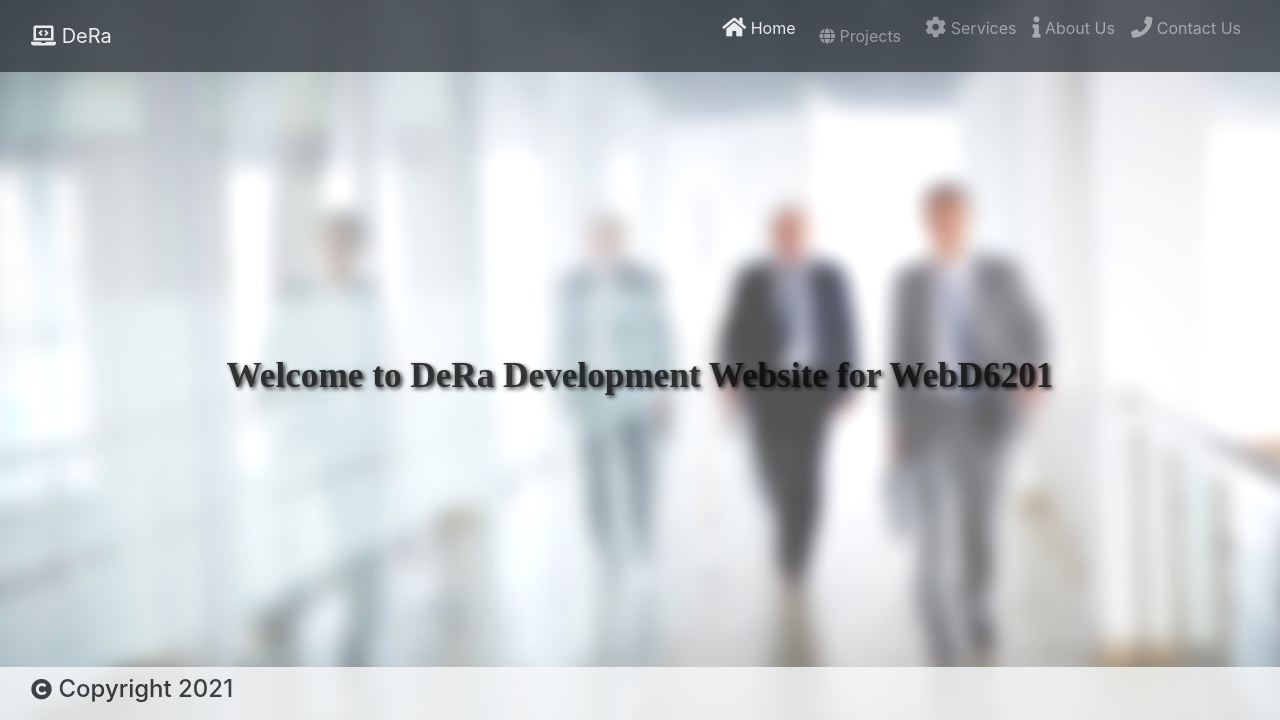
Repository: deividwsantoss/web6201-Lab1
Page: index.html
These files come from the project's save history. The page is drawn as it stood at one moment and after the next save; the edit follows.
The browser window is 1280 px wide. The pictures show the whole page.

Above is the page before, as saved 2021-02-03 10:51:32.

### index.html
<!DOCTYPE html>
<html lang="en">
<head>
    <meta charset="UTF-8">
    <meta name="viewport" content="width=device-width, initial-scale=1.0">
    <title>Home</title>
</head>
<!-- CSS SECTION-->
<link rel="stylesheet" href="./node_modules/bootstrap/dist/css/bootstrap.min.css">
<link rel="stylesheet" href="./node_modules/@fortawesome/fontawesome-free/css/all.min.css">
<link rel="stylesheet" href="./Content/app.css">

<body class="bg">
    <!-- Main Header-->
    <header>
        <!-- Main Navegation-->
        <nav class="navbar navbar-expand-lg navbar-dark bg-dark">
            <div class="container-fluid">
              <a class="navbar-brand" href="Index.html"><i class="fas fa-laptop-code"></i> DeRa</a>
              <button class="navbar-toggler" type="button" data-bs-toggle="collapse" data-bs-target="#navbarSupportedContent" aria-controls="navbarSupportedContent" aria-expanded="false" aria-label="Toggle navigation">
                <span class="navbar-toggler-icon"></span>
              </button>
              <div class="collapse navbar-collapse" id="navbarSupportedContent">
                <ul class="navbar-nav ml-auto mb-2 mb-lg-0">
                  <li class="nav-item">
                    <a class="nav-link active" aria-current="page" href="Index.html"><i class="fas fa-home fa-lg"></i> Home</a>
                  </li>
                  <li class="nav-item">
                    <a id="prod" class="nav-link" aria-current="page" href="products.html"><i class="fas fa-globe" name="prod"></i> Products</a>
                  </li>
                  <li class="nav-item">
                    <a class="nav-link" aria-current="page" href="services.html"><i class="fas fa-cog fa-lg"></i> Services</a>
                  </li>
                  <li class="nav-item">
                    <a class="nav-link" aria-current="page" href="about.html"><i class="fas fa-info fa-lg"></i> About Us</a>
                  </li>
                  <li class="nav-item">
                    <a class="nav-link" aria-current="page" href="contact.html"><i class="fas fa-phone fa-lg"></i> Contact Us</a>
                  </li>

                </ul>

              </div>
            </div>
          </nav>

    </header>

    <!-- Main Content-->
        <main class="container">
          <div class="text-md-center">

              <p id="paragraphOne"> </p>

          </div>
        </main>
        <!-- Main Footer-->
        <footer>
          <nav class="navbar fixed-bottom navbar-light bg-light">
              <div class="container-fluid ">
                  <h4><i class="fas fa-copyright fa-sm"></i> Copyright 2021 </h4>
              </div>
            </nav>

      </footer>
    <!--- Script Section-->
    <script src="./node_modules/jquery/dist/jquery.min.js"></script>
    <script src="./node_modules/bootstrap/dist/js/bootstrap.bundle.min.js"></script>
        <script src="./Scripts/app.js"></script>
</body>

</html>

### Content/app.css
/* Custom CSS goes here */
body,html{
    height: 100%;
    margin: 0;
}
.bg{
    background-image: url("Background-White.jpg");
    background-repeat: no-repeat;
    background-size: cover;
    background-position: center;
    opacity: 0.8;
}

.contactimage{
    background-image:url("contactimg.jpg");
    background-repeat: no-repeat;
    background-size: cover;
    background-position: center;
    opacity: 0.8;
}
.productsbg {
    background-image:url("productsbg.jpg");
    background-repeat: no-repeat;
    background-size: cover;
    background-position: center;
    opacity: 0.8;
}

.servicesbackgroud{
    background-image:url("services.jpg");
    background-repeat: repeat;
    background-size: cover;
    background-position: center;
    opacity: 0.8;
    height: 1000px;
}
.aboutus{
    background-image:url("bgimage.jpg");
    background-repeat: no-repeat;
    background-size: cover;
    background-position: center;
    opacity: 0.8;
}

#paragraphOne {
    color: black;
    font-size: 220%;
    margin-top: 25%;
    text-shadow: 2px 2px 4px #000;
    font-family: cursive;
    font-weight: bold;

}
h1{
    margin-top: 10;
}

#custompg{
    width: 400px;

}

### Scripts/app.js
/* Custom JavaScript goes here */


"use strict";

(function(){

    function Projects(){
        let productsElement = document.getElementById("prod");
        let prod = `<a id="prod" class="nav-link" aria-current="page" href="products.html"><i class="fas fa-globe" name="prod"></i> Projects</a>`;

        productsElement.innerHTML = prod;

    }
    function displayHome(){
        let paragraphOneText = "Welcome to DeRa Development Website for WebD6201";
        let paragraphOneElement = document.getElementById("paragraphOne");

        paragraphOneElement.textContent = paragraphOneText;
        paragraphOneElement.className = "fs-6 ";
    }
    function displayAbout(){

    }
    function displayProducts(){

    }
    function displayServices(){

        //intro text
        let servicesIntroText = "DeRa Development can provide you the best customized solution for you";
        let servicesIntroElement = document.getElementById("serviceIntro");
        servicesIntroElement.textContent = servicesIntroText;

        // custom dev text
        let customParagraphText = "DeRa Development have been delivering successful custom programs to our clients since the date we were born. \nSince DeRa was born we have seen a rapid change in website technology which we were always able to adapt";
        let customParagraphElement = document.getElementById("customParagraph");

        customParagraphElement.textContent = customParagraphText;

        //mobile text
        mobileParagraphText = "We have the knowledge and skills to provide you the best quality solution for any kind of device. \nMobile development is one of our strengths."
        mobileParagraphElement = document.getElementById("mobileParagraph");

        mobileParagraphElement.textContent = mobileParagraphText;

        //design paragraph
        let webDesignParagraphText = "Our Web Design is awesome";
        let webDesignParagraphElement = document.getElementById("weDesignParagraph");
        webDesignParagraphElement.textContent = webDesignParagraphText;
    }
    function displayContact(){

        let messageArea = document.getElementById("messageArea");
        messageArea.hidden = true;

        //Form Validation...

        let fullName = document.getElementById("fullName");
        fullName.addEventListener("blur", function(){
            if(fullName.value.length < 2){
                fullName.focus;
                fullName.select();
                messageArea.hidden = false;
                messageArea.className = "alert alert-danger";
                messageArea.textContent = "Please, Enter an appropriate name."
            }
            else{
                messageArea.removeAttribute("Class");
                messageArea.hidden = true;
            }
        });

        //validating number
        let contactNumber = document.getElementById("contactNumber");
        contactNumber.addEventListener("blur", function(){

            if(contactNumber.value.length < 10 || contactNumber.value.length > 10 )
            {
                contactNumber.focus;
                contactNumber.select();
                messageArea.hidden = false;
                messageArea.className = "alert alert-danger";
                messageArea.textContent = "Please, Insert a valid Number";
            }
            else {
                messageArea.removeAttribute("Class");
                messageArea.hidden = true;
            }

        });

        // Validating short text
        let shortMessage = document.getElementById("shortMessage");
        shortMessage.addEventListener("blur", function(){

            if(shortMessage.value.length > 50){
                shortMessage.focus;
                shortMessage.select();
                messageArea.hidden = false;
                messageArea.className = "alert alert-danger";
                messageArea.textContent = "Maximum characters allowed (50)";
            }
            else{
                messageArea.removeAttribute("Class");
                messageArea.hidden = true;
            }
        });

        let sendButton = document.getElementById("sendButton");
        sendButton.addEventListener("click", function(event){
            event.preventDefault();
        });
        document.getElementById("sendButton").onclick = function (){
            location.href = "index.html"
        };

    }


    function Start(){
        console.log("App Start...");

        switch (document.title) {

            case 'Home':
                displayHome();
                break;
            case 'About':
                displayAbout();
                break;
            case 'Products':
                displayProducts();
                break;
            case 'Services':
                displayServices();
                break;
            case 'Contact':
                displayContact();
                break;

        }


    }
    window.addEventListener("load",Projects);
    window.addEventListener("load",Start);

})();

Loaded but not shown: node_modules/bootstrap/dist/css/bootstrap.min.css (library); node_modules/@fortawesome/fontawesome-free/css/all.min.css (library); node_modules/jquery/dist/jquery.min.js (library); node_modules/bootstrap/dist/js/bootstrap.bundle.min.js (library)

After the next save:
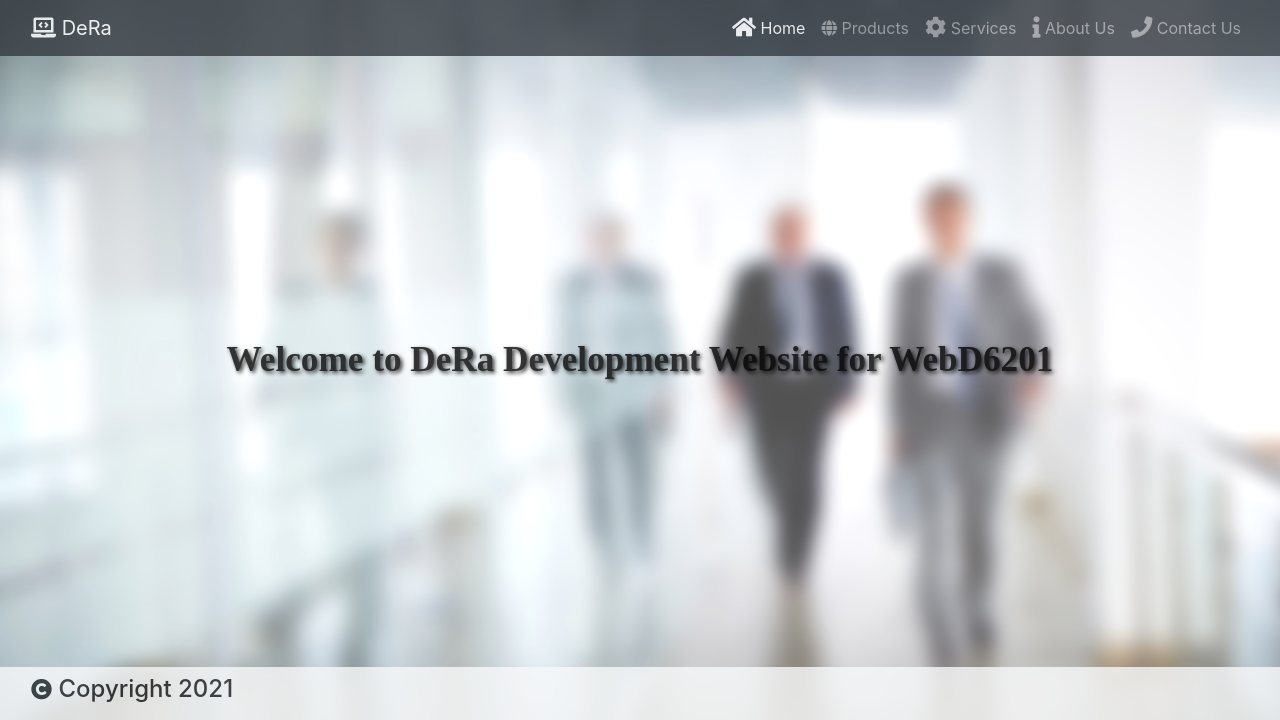
Saved 32 s later.
--- a/Scripts/app.js
+++ b/Scripts/app.js
@@ -9,7 +9,7 @@
         let productsElement = document.getElementById("prod");
         let prod = `<a id="prod" class="nav-link" aria-current="page" href="products.html"><i class="fas fa-globe" name="prod"></i> Projects</a>`;
 
-        productsElement.innerHTML = prod;
+        productsElement = prod;
 
     }
     function displayHome(){

After the save that followed:
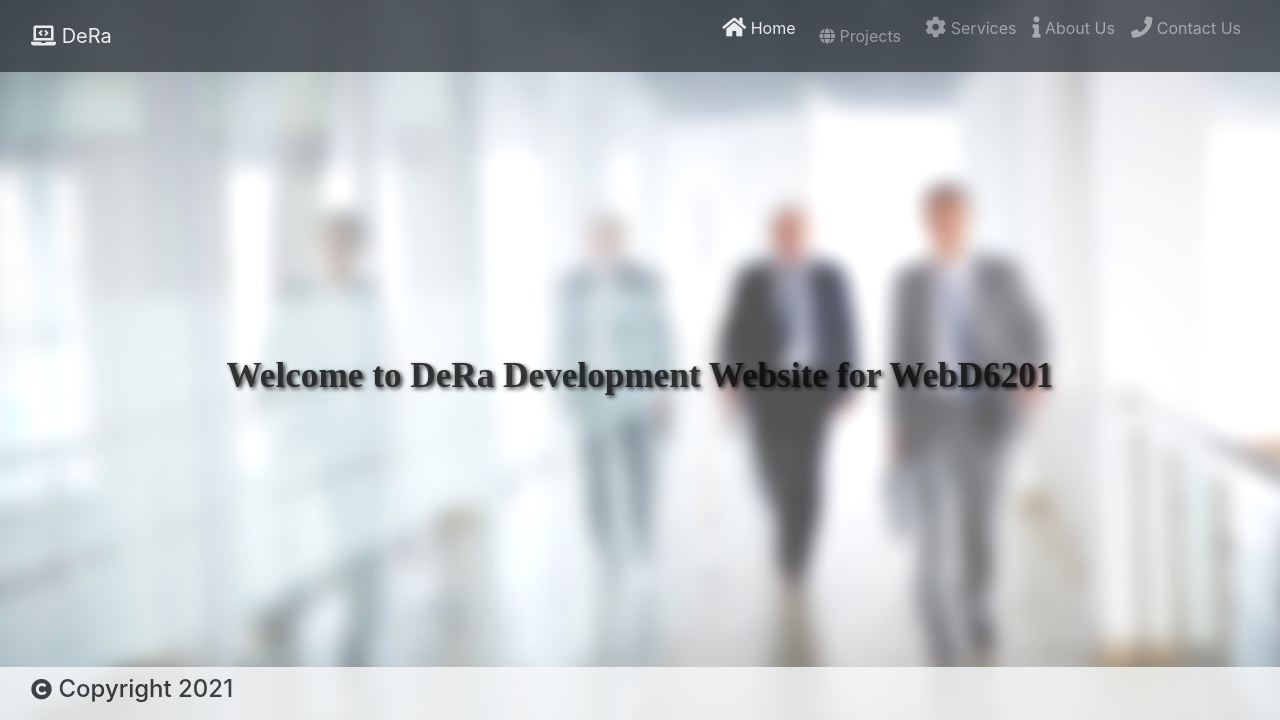
Saved 70 s later.
--- a/Scripts/app.js
+++ b/Scripts/app.js
@@ -9,7 +9,7 @@
         let productsElement = document.getElementById("prod");
         let prod = `<a id="prod" class="nav-link" aria-current="page" href="products.html"><i class="fas fa-globe" name="prod"></i> Projects</a>`;
 
-        productsElement = prod;
+        productsElement.innerHTML = prod;
 
     }
     function displayHome(){
